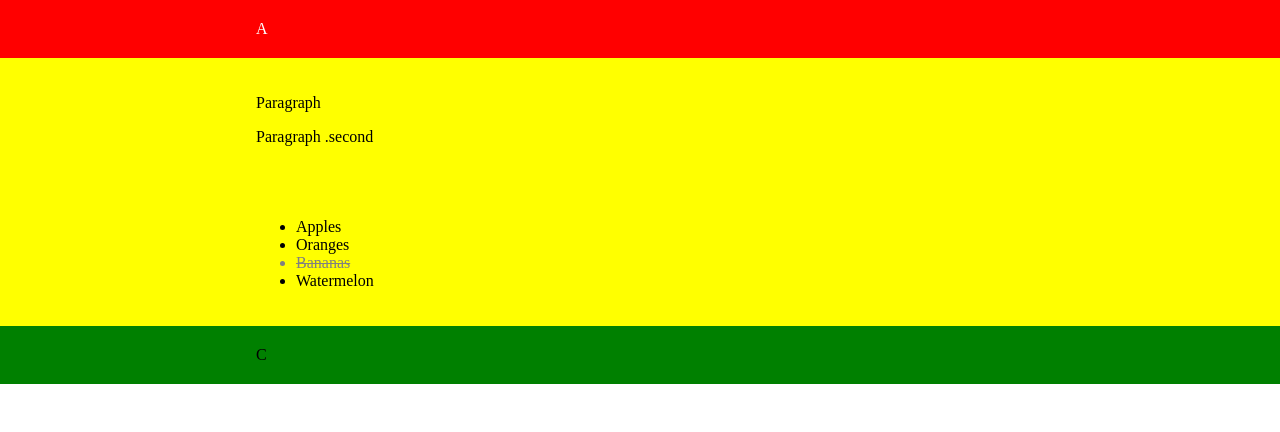
Repository: zdsherlock/Test-for-js
Page: index.html
The author's editor kept a copy of each file at every save. The page is drawn from the files as they stood at one save, then again after the next save.
The browser window is 1280 px wide. The pictures show the whole page.

Above is the page before, as saved 2021-03-28 15:36:56.

After the next save:
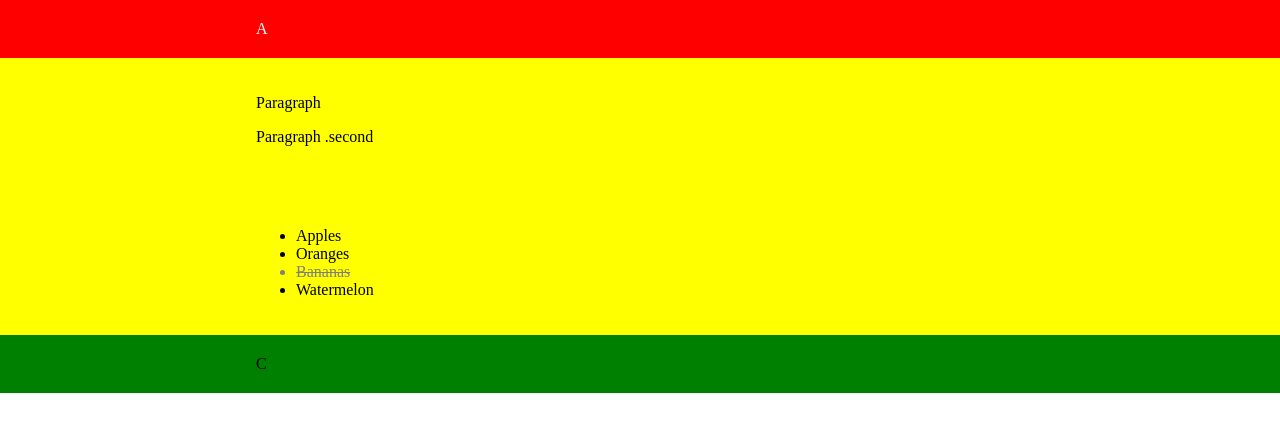
Saved 9 s later.
--- a/index.html
+++ b/index.html
@@ -13,6 +13,7 @@
             <p>Paragraph .second</p>
         </section>
         <section class="list">
+            <h6></h6>
             <ul>
                 <li>Apples</li>
                 <li>Oranges</li>
